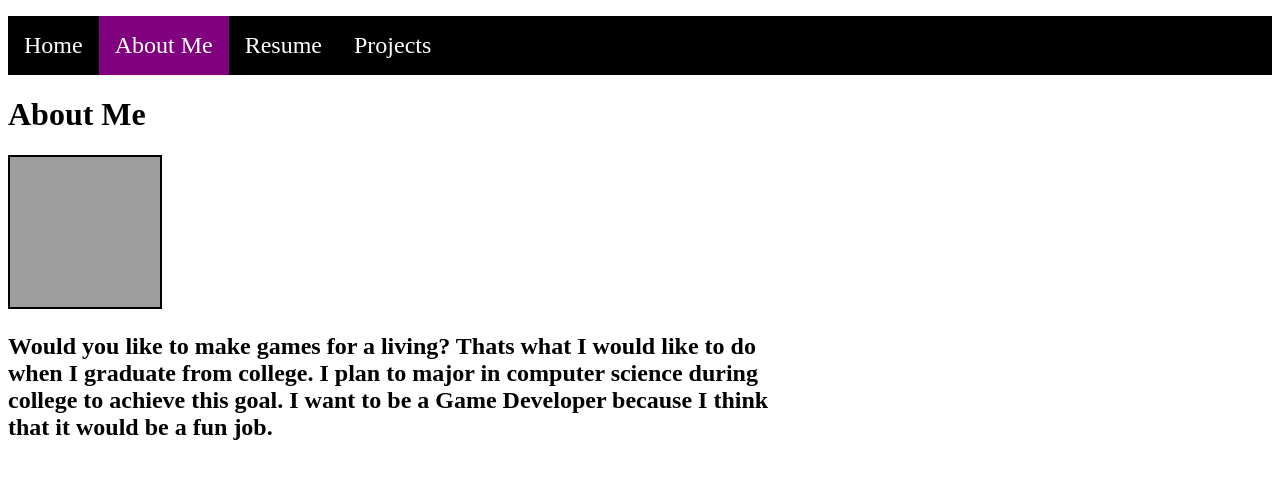
Repository: Artlepop/Artlepop.github.io
Page: aboutme.html
The author's editor kept a record of every edit. The page is drawn from the files as they stood at one moment, then again after the next edit.
The browser window is 1280 px wide. The pictures show the whole page.
Pictures or frames that could not be fetched are drawn as grey boxes.

Above is the page before.

After the next edit:
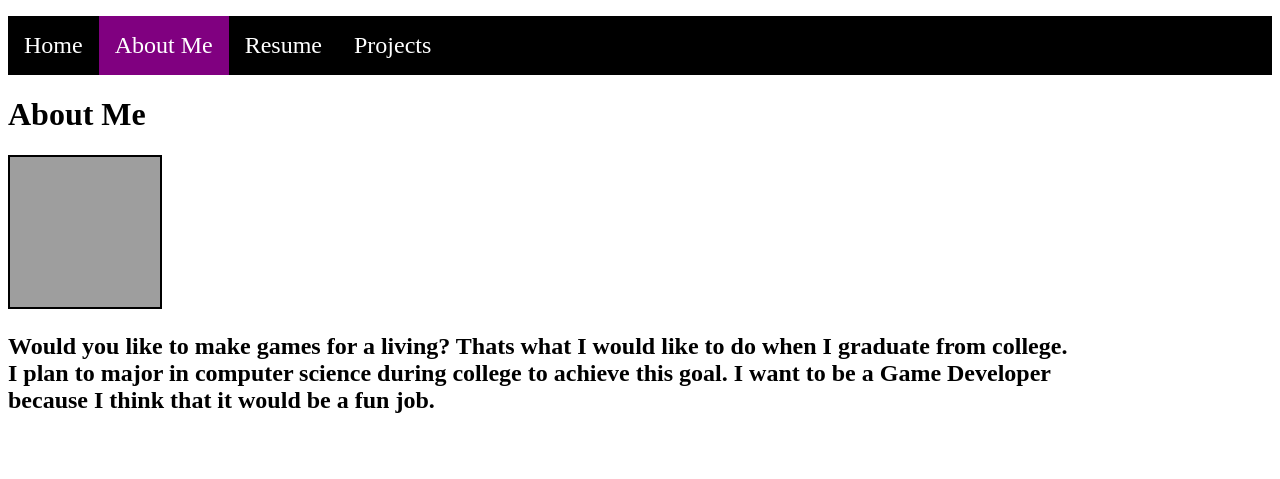
The edit:
--- a/aboutme.html
+++ b/aboutme.html
@@ -12,7 +12,7 @@
 
       .firstparagraph{
           float: right;
-          padding-right: 500px;
+          padding-right: 200px;
       }
   </style>
   </head>
